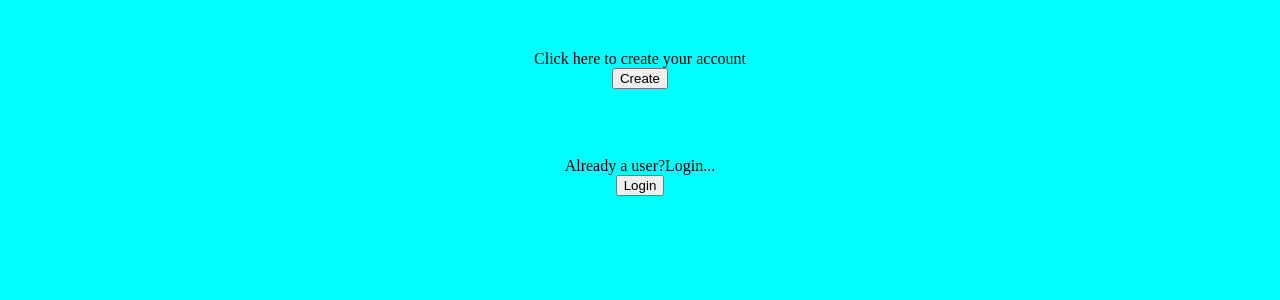
Repository: rosikraj/TurbifyTraining
Page: Wallet/WebContent/button.html
An editor plug-in stored every save of this project. The page is shown before and after the next save, followed by the edit.
The browser window is 1280 px wide. The pictures show the whole page.

Above is the page before, as saved 2023-09-24 05:48:07.

After the next save:
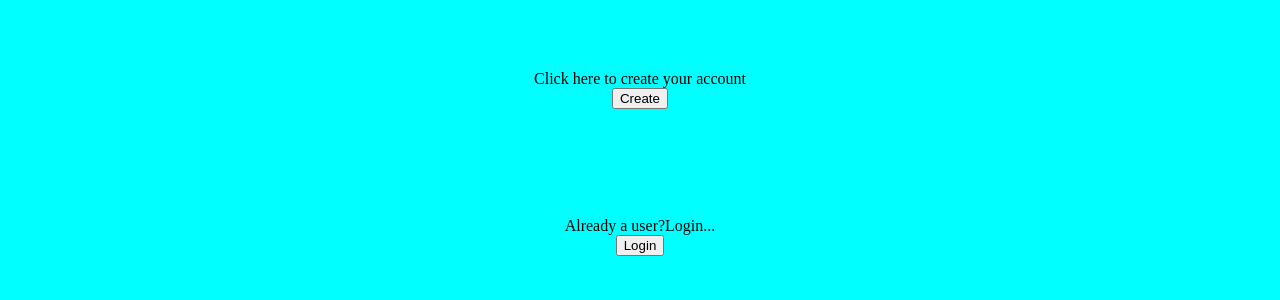
Saved 14 s later.
--- a/Wallet/WebContent/button.html
+++ b/Wallet/WebContent/button.html
@@ -13,6 +13,7 @@
     	form{
 
     		margin-top:50px;
+    		padding:20px;
     	}
     </style>
 </head>
